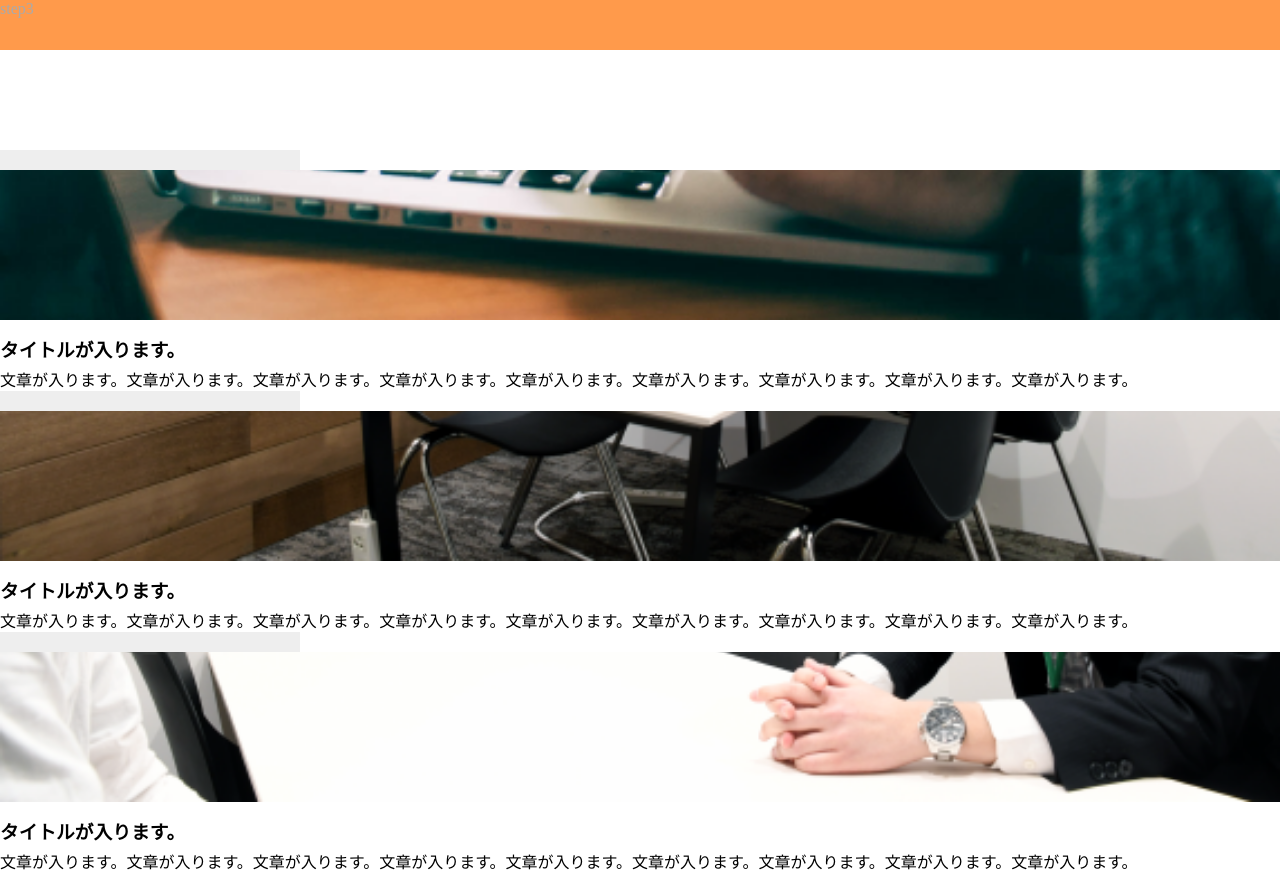
Repository: macchi-ro/-1
Page: 演習/practice.html
The author's editor kept a record of every edit. The page is drawn from the files as they stood at one moment, then again after the next edit.
The browser window is 1280 px wide. The pictures show the whole page.
Some web libraries are served in a nearby version.

Above is the page before.

After the next edit:
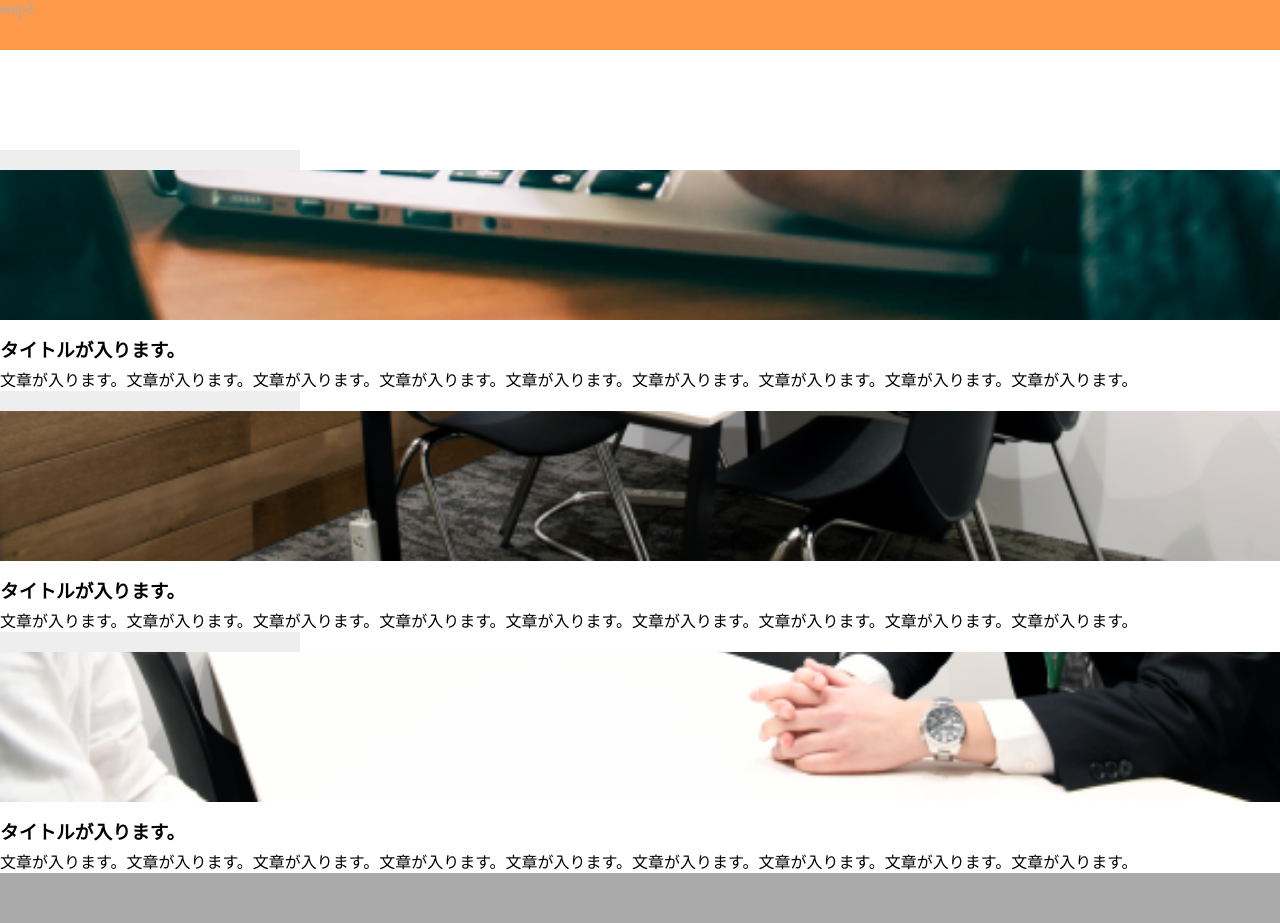
The edit:
--- a/演習/practice.html
+++ b/演習/practice.html
@@ -39,5 +39,8 @@
 
 
    </main>
+   <footer>
+     <div class="footer"></div>
+   </footer>
   </body>
 </html>
